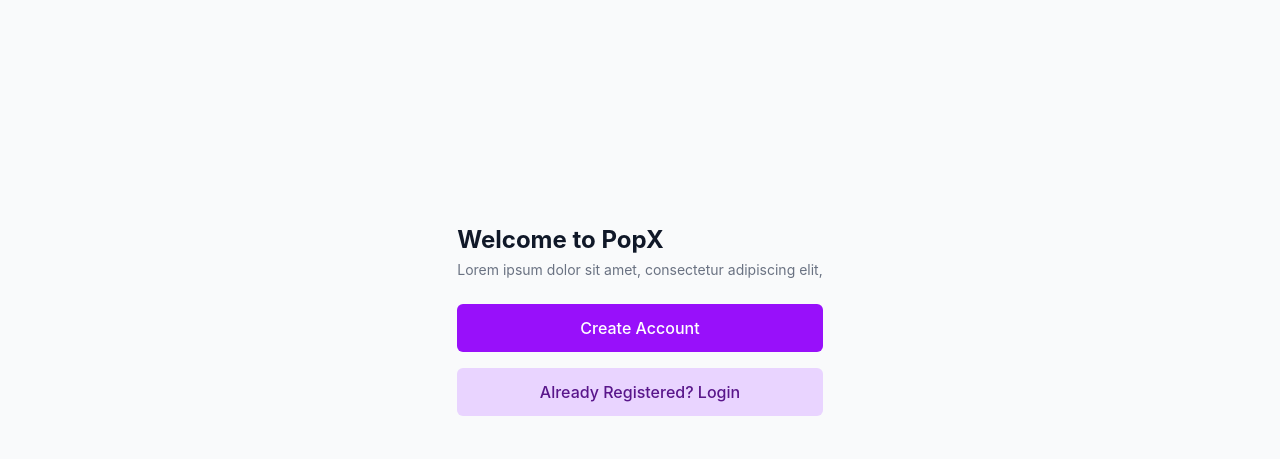
Repository: tanayburbure/inter
Page: /
The author's editor kept a copy of each file at every save. The page is drawn from the files as they stood at one save, then again after the next save.
The browser window is 1280 px wide. The pictures show the whole page.
The project was rebuilt for these pictures with package versions that can differ from the ones it lists, and the page was loaded fresh each time. Also part of the build but not shown: vite.config.js, src/pages/Login.jsx, src/pages/Signup.jsx, src/pages/Account.jsx.

Above is the page before, as saved 2025-06-17 22:22:37.

After the next save:
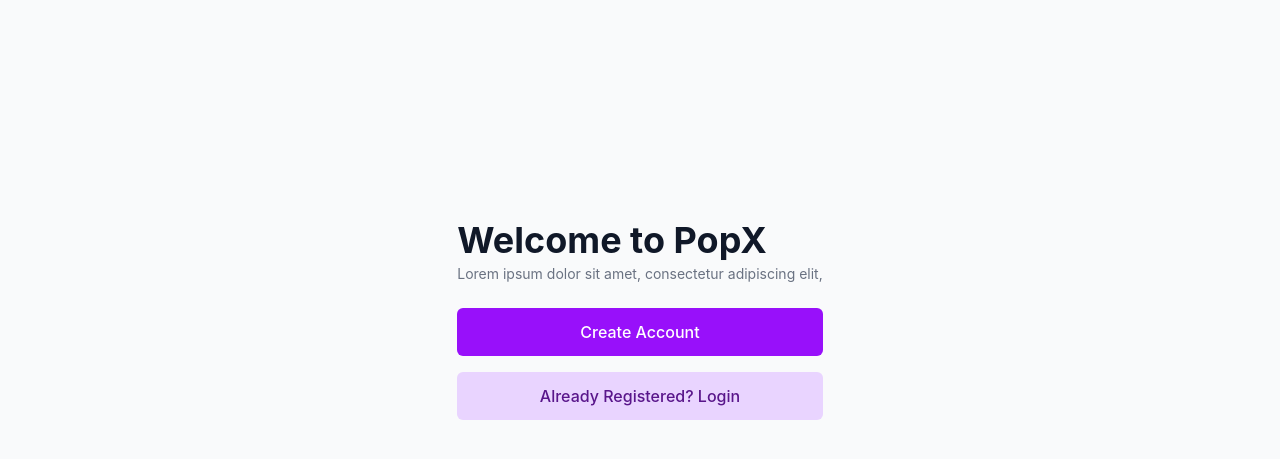
Saved 6 s later.
--- a/src/pages/Welcome.jsx
+++ b/src/pages/Welcome.jsx
@@ -6,7 +6,7 @@
   return (
     <div className="min-h-screen md:items-center mg:justify-center lg:items-center lg:justify-center flex flex-col justify-end px-6 py-12 bg-gray-50">
       <div className="mb-20">
-        <h1 className="text-2xl font-bold mb-1">Welcome to PopX</h1>
+        <h1 className="text-4xl font-bold mb-1">Welcome to PopX</h1>
         <p className="text-sm text-gray-500 mb-6">
           Lorem ipsum dolor sit amet, consectetur adipiscing elit,
         </p>
